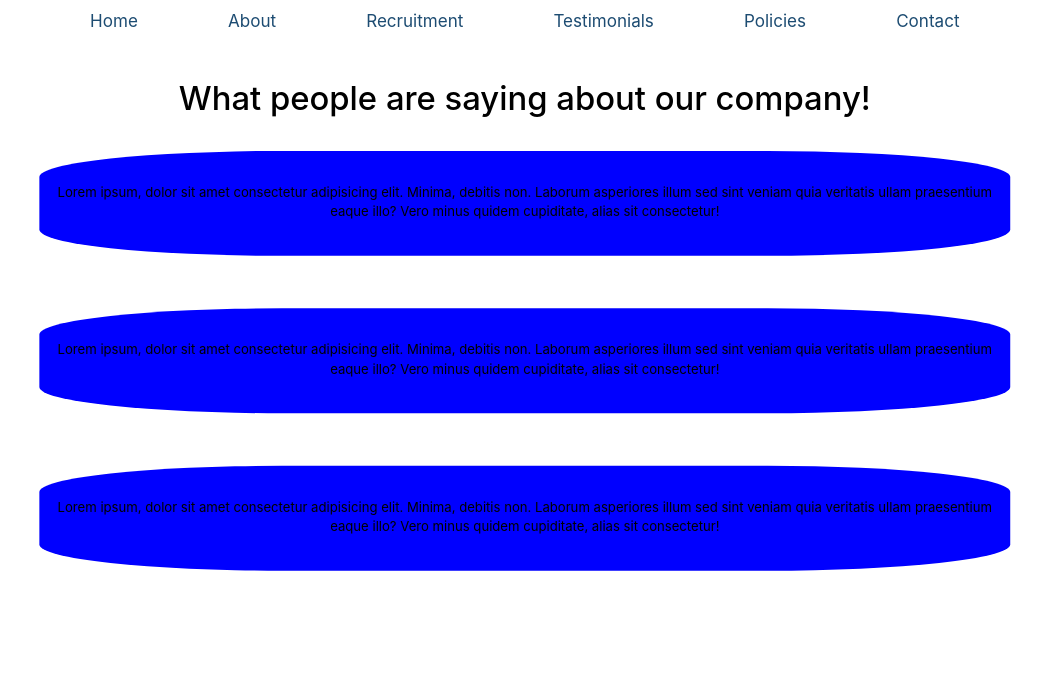
Repository: cerebrium/website
Page: /testimonials
The author's editor kept a copy of each file at every save. The page is drawn from the files as they stood at one save, then again after the next save.
The browser window is 1280 px wide. The pictures show the whole page, at 82% of full size.
The project was rebuilt for these pictures with package versions that can differ from the ones it lists, and the page was loaded fresh each time. Also part of the build but not shown: src/Routes/About.jsx, src/Routes/Recruitment.jsx, src/Routes/Policies.jsx, src/Routes/Home.jsx, src/Routes/Contact.jsx.

Above is the page before, as saved 2019-11-02 14:00:38.

After the next save:
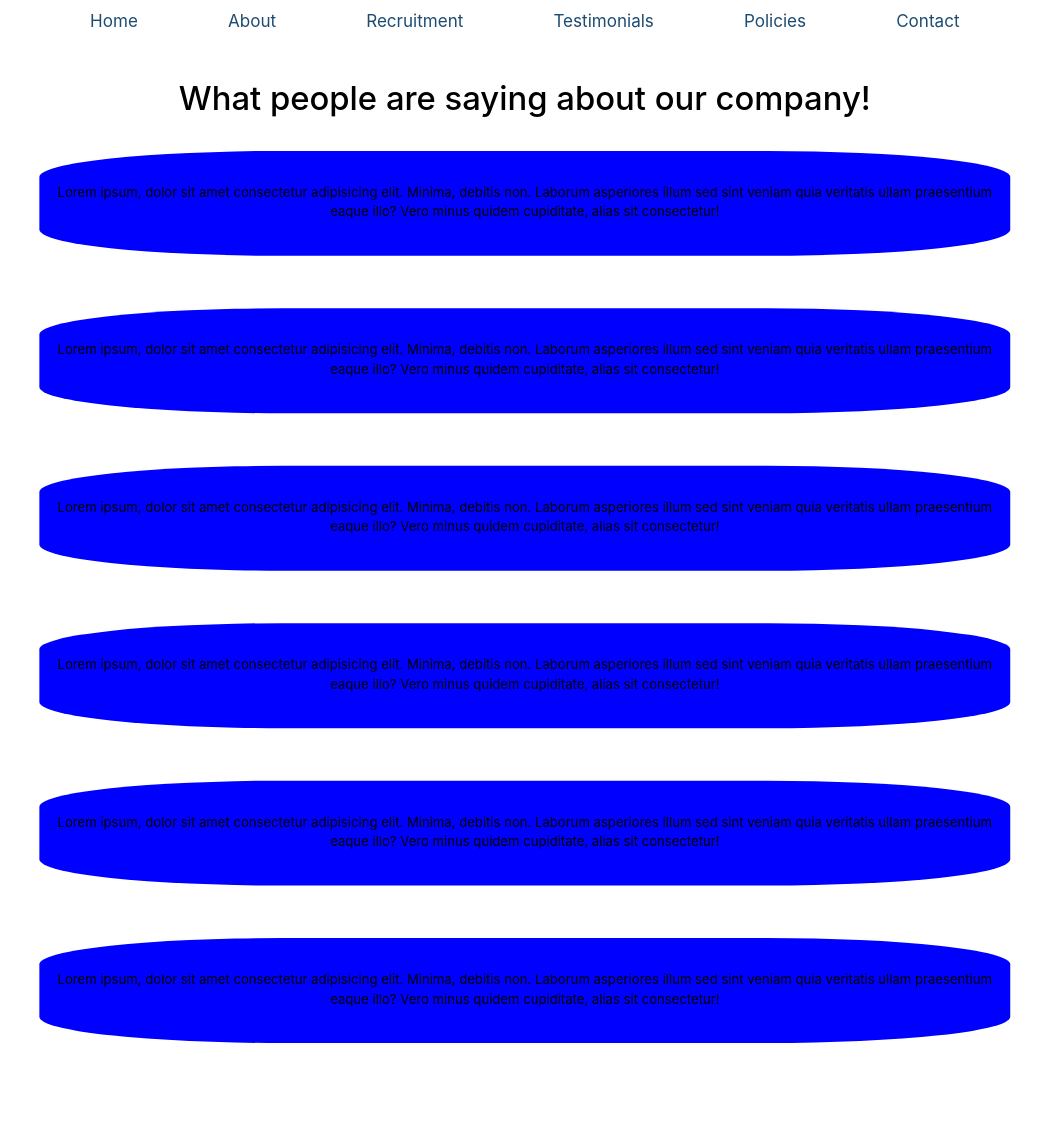
Saved 9 s later.
--- a/src/Routes/Testimonials.jsx
+++ b/src/Routes/Testimonials.jsx
@@ -16,6 +16,15 @@
                         <div className='commentContainer'>
                             <p className='commentStyle'>Lorem ipsum, dolor sit amet consectetur adipisicing elit. Minima, debitis non. Laborum asperiores illum sed sint veniam quia veritatis ullam praesentium eaque illo? Vero minus quidem cupiditate, alias sit consectetur!</p>
                         </div>
+                        <div className='commentContainer'>
+                            <p className='commentStyle'>Lorem ipsum, dolor sit amet consectetur adipisicing elit. Minima, debitis non. Laborum asperiores illum sed sint veniam quia veritatis ullam praesentium eaque illo? Vero minus quidem cupiditate, alias sit consectetur!</p>
+                        </div>
+                        <div className='commentContainer'>
+                            <p className='commentStyle'>Lorem ipsum, dolor sit amet consectetur adipisicing elit. Minima, debitis non. Laborum asperiores illum sed sint veniam quia veritatis ullam praesentium eaque illo? Vero minus quidem cupiditate, alias sit consectetur!</p>
+                        </div>
+                        <div className='commentContainer'>
+                            <p className='commentStyle'>Lorem ipsum, dolor sit amet consectetur adipisicing elit. Minima, debitis non. Laborum asperiores illum sed sint veniam quia veritatis ullam praesentium eaque illo? Vero minus quidem cupiditate, alias sit consectetur!</p>
+                        </div>
                     </div>
                 </div>
             </div>
